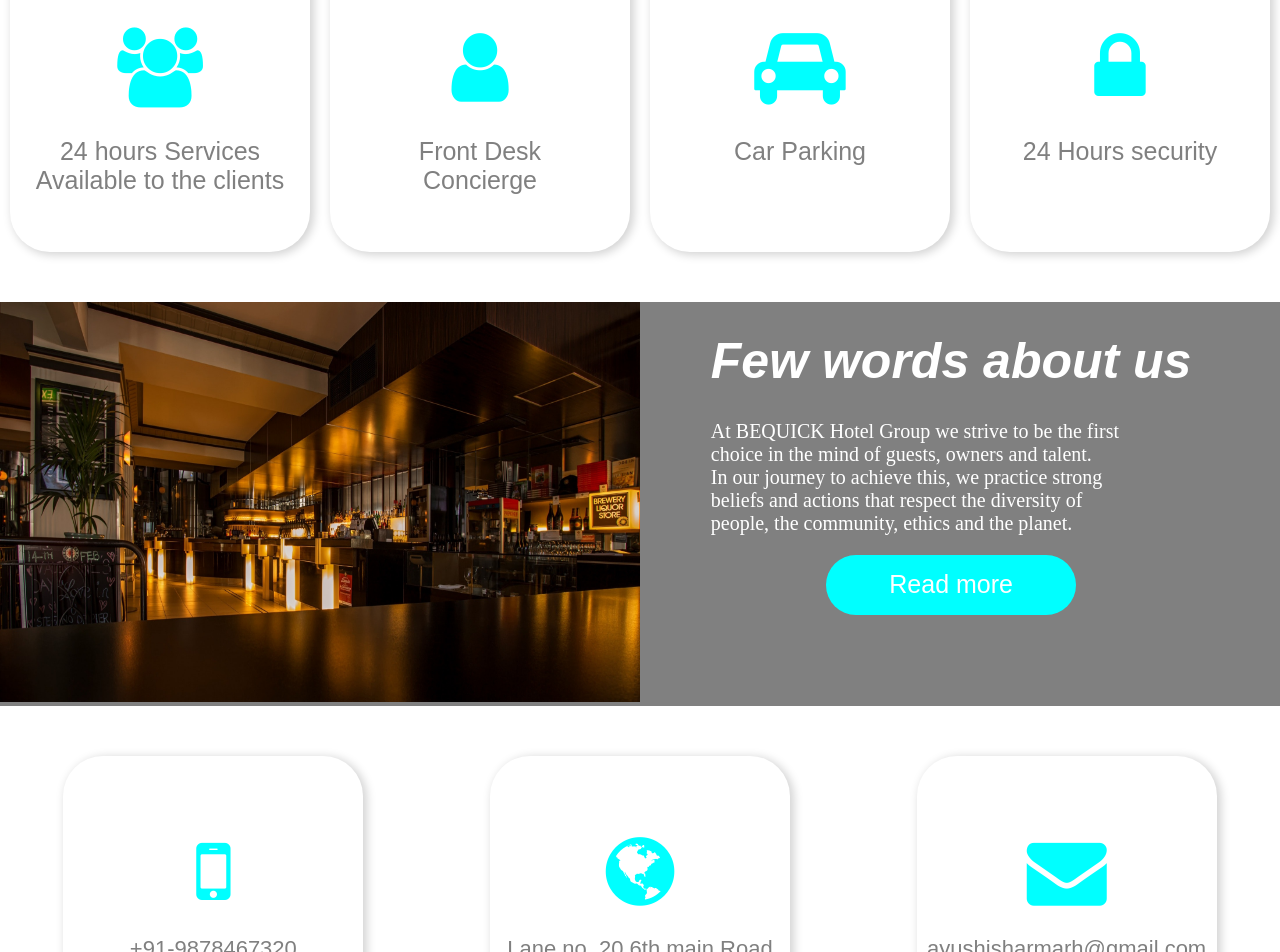
Repository: Ayushi6Sharma/BEQUICK_Hotel_Booking_Web
Page: index.html
The author's editor kept a copy of each file at every save. The page is drawn from the files as they stood at one save, then again after the next save.
The browser window is 1280 px wide. The pictures show the part of the page from y = 832 to 1784 px (the page is 2259 px tall).

Above is the page before, as saved 2022-05-12 00:11:44.

### index.html
<!DOCTYPE html>
<html lang="en">
<head>
    <meta charset="UTF-8">
    <meta http-equiv="X-UA-Compatible" content="IE=edge">
    <meta name="viewport" content="width=device-width, initial-scale=1.0">
    <link rel="stylesheet" href="./style/style.css">
    <link rel="stylesheet" href="./style/mediaqueries.css">
    <!-- <link rel="stylesheet" href="https://cdn.jsdelivr.net/npm/@fortawesome/fontawesome-free@5.15.4/css/fontawesome.min.css" integrity="sha384-jLKHWM3JRmfMU0A5x5AkjWkw/EYfGUAGagvnfryNV3F9VqM98XiIH7VBGVoxVSc7" crossorigin="anonymous"> -->
    <!-- <link href="https://cdnjs.cloudflare.com/ajax/libs/font-awesome/5.13.0/css/all.min.css" rel="stylesheet"> -->
    <link rel="stylesheet" href="https://stackpath.bootstrapcdn.com/font-awesome/4.7.0/css/font-awesome.min.css" integrity="sha384-wvfXpqpZZVQGK6TAh5PVlGOfQNHSoD2xbE+QkPxCAFlNEevoEH3Sl0sibVcOQVnN" crossorigin="anonymous">

</head>
    <title>Bequick Hotel</title>
</head>
<body>
    <main>
        <nav class="nav">
            <ul class="nav-list">
                <span class="logo">BEQUICK</span>
                <li><a href="index.html">Home</a></li>
                <li><a href="./html/aboutus.html">About us</a></li>
                <li><a href="./html/contactus.html">Contact us</a></li>
                <li><a href="./html/booking.html">Bookings</a></li>
            </ul>
        </nav>

        <!-- section 1 -->

        <section class="hotel-main-image">
            <div class="hotel-main-image-content">
                Book now from anywhere
                <br> Anytime
            </div>
            <div class="bookings-btn">Bookings</div>
        </section>
        <!-- section 2  -->
        <section>
            <div class="section2-facilities">
               <div class="main-facilities">Facilities</div>
                <div class="main-facilities-lower">We are providiong you </div>
            </div>
            <div class="flex1-container1">
                <div class="flex1-item1">
                    <div class="facilities">
                        <i class="fa fa-users fa-5x"></i>
                        <div class="facilities-content">
                            24 hours Services Available to the clients
                        </div>
                    </div>
                </div>
                <div class="flex1-item2">
                    <div class="facilities">
                        <i class="fa fa-user fa-5x"></i>
                        <div class="facilities-content">
                            Front Desk
                            <br/>Concierge
                        </div>
                    </div>
                </div>
                <div class="flex1-item3">
                    <div class="facilities">
                        <i class="fa fa-car fa-5x"></i>
                        <div class="facilities-content">
                            Car Parking
                        </div>
                    </div>
                </div>
                <div class="flex1-item4">
                    <div class="facilities">
                        <i class="fa fa-lock fa-5x"></i>
                        <div class="facilities-content">
                            24 Hours security
                        </div>
                    </div>
                </div>
            </div>
        </section>
        <!-- section 3 -->
        <section>
            <div class="about">
                <div>
                    <img src="./images/hotel-img-3.jpg" class="about-image">
                </div>
                <div class="about-content">
                    <div class="about-content-1">
                        Few words about us
                    </div>
                    <div class="about-content-2">
                        At BEQUICK Hotel Group we strive to be the first
                        <br>choice in the mind of guests, owners and talent.
                        <br>In our journey to achieve this, we practice strong
                        <br>beliefs and actions that respect the diversity of
                        <br>people, the community, ethics and the planet.
                    </div>
                    <div class="about-btn">
                        Read more
                    </div>
                </div>
            </div>
        </section>
        <!-- section 4 -->
        <section>
            <div class="flex2-container2">
                <div class="flex2-item1">
                    <div class="location">
                        <i class="fa fa-mobile fa-5x"></i>
                        <div class="location-content">
                            +91-9878467320
                        </div>
                    </div>
                </div>
                <div class="flex2-item2">
                <div class="location">
                        <i class="fa fa-globe fa-5x"></i>
                        <div class="location-content">
                            Lane no. 20,6th main Road
                            <br/>Stage 1
                        </div>
                    </div>
                </div>
                <div class="flex2-item3">
                <div class="location">
                        <i class="fa fa-envelope fa-5x"></i>
                        <div class="location-content">
                            ayushisharmarh@gmail.com
                        </div>
                    </div>
                </div>
            </div>
        </section>

        <!-- footer -->
        <footer>
            <div class="footer">
                <div class="logo" id="footer-logo">BEQUICK</div>
                <div class="footer-flex">
                    <!-- <div class="logo" id="footer-logo">BEQUICK</div> -->
                    <div class="footer-list">
                        <ul class="footer-list-1">
                            <div class="footer-list-heading">Explore</div>
                            <li><a href="index.html">Home</a></li>
                            <li><a href="./html/aboutus.html">About us</a></li>
                            <li><a href="./html/contactus.html">Contact us</a></li>
                            <li><a href="./html/booking.html">Bookings</a></li>
                        </ul>
                    </div>
                    <!-- <div class="footer-list">
                        <ul class="footer-list-2">
                            <div class="footer-list-heading">Legal</div>
                            <li>Terms</li>
                            <li>Privacy</li>
                        </ul>
                    </div> -->
                    <div class="footer-list">
                        <ul class="footer-list-3">
                            <div class="footer-list-heading">Follow</div>
                            <li>
                                <a href="#"><i class="fa fa-instagram fa-2x"></i></a>
                            </li>
                            <li>
                                <a href="#"><i class="fa fa-linkedin fa-2x"></i></a>
                            </li>
                            <li>
                                <a href="#"><i class="fa fa-twitter fa-2x"></i></a>
                            </li>
                            <li>
                                <a href="#"><i class="fa fa-github fa-2x"></i></a>
                            </li>
                        </ul>
                    </div>
                </div>
                <!-- copyright -->
                <div class="copyright">
                    Copyright &copy; 2022. All Rights Reserved - BEQUICK
                </div>
            </div>
        </footer>
    </main>
</body>
</html>

### style/style.css
*
{
    padding: 0px;
    margin: 0px;
    box-sizing: border-box;
}
/* nav */
.nav
{
    background-color: black;
}
.nav-list
{
    list-style-type:none;
    width: 100%;
    text-align: end;
}
.nav-list > li
{
    display: inline-block;
    padding: 25px;
    font-size: 18px;
}
.nav-list li a
{
    text-decoration: none;
    color:white;
}
.nav-list li a:hover
{
    color: aquamarine;
}
.logo
{
    padding: 20px;
    color:aqua;
    float: left;
    font:bolder 25px sans-serif;
}
/* section 1 */
/* main image */
.hotel-img-2
{
    width: 100%;
    height:500px;
}
.hotel-main-image
{
    background-image:url('../images/hotel-img-5.jpg');
    height:500px;
    width:100%;
    background-size:cover;
    text-align: center;
}
.hotel-main-image-content
{
    padding-top:10%;
    font:bold 45px sans-serif;
    color:white;
    padding-bottom: 2%;
    line-height: 70px;
}
.bookings-btn
{
    width:250px;
    height: 60px;
    background-image:linear-gradient(to right,black,aqua);
    color:white;
    border-radius: 40px;
    text-align: center;
    padding-top: 15px;
    font:25px sans-serif;
    margin:auto;
    cursor:pointer;
}

/* section 2 */
.flex1-container1
{
    display: flex;
    flex-direction: row;
    flex-wrap: wrap;
    margin-top: 40px;
    justify-content: space-around;
    align-content:space-around;
}
.flex1-container1 > div
{
    margin-top:20px;
}
/* Facilities */
.section2-facilities
{
    text-align: center;
    margin-top:50px;
}
.main-facilities
{
    font:bold 60px sans-serif;
}
.main-facilities-lower
{
    font-size: 30px;
    font-style: italic;
    color:grey;
}
.facilities
{
    width:300px;
    height:300px;
    text-align:center;
    border-radius: 40px;
    box-shadow: 3px 2px 10px 1px lightgrey;
}
.facilities i{
    margin-top: 25%;
    color:aqua;
}
.facilities-content
{   margin-top: 30px;
    font: 25px sans-serif;
    color:grey;
}
/* section 3 */
.about{
    margin-top: 50px;
    display: flex;
    flex-wrap: wrap;
    background-color:grey;
}
.about-image
{
    width:90%;
    height:400px;
}
.about-content-1
{
    font:bold 50px sans-serif;
    color: white;
    font-style: italic;
    margin-top: 30px;
}
.about-content-2
{
    color:white;
    word-wrap: break-word;
    font-size: 20px;
    padding-top: 30px;
    margin-bottom: 20px;
}
.about-btn
{   font:25px sans-serif;
    width:250px;
    height: 60px;
    background-color: aqua;
    color:white;
    border-radius: 40px;
    text-align: center;
    padding-top: 15px;
    border: none;
    margin: auto;
}

/* section 4 */

.flex2-container2
{
    display: flex;
    justify-content: space-around;
    margin-top: 50px;
    text-align: center;
    align-content:space-around;
    flex-wrap: wrap;
}
.location
{
    width:300px;
    height:300px;
    text-align:center;
    border-radius: 40px;
    box-shadow: 3px 2px 10px 1px lightgrey;
}
.location i
{
    color:aqua;
    padding-top: 25%;
}
.location-content
{
    font:22px sans-serif;
    padding-top: 25px;
    color:grey;
}

/* footer */
.footer{
    background-color: black;
}
.footer-flex
{
    display: flex;
    justify-content: space-around;
    margin-top: 50px;
}
.footer-list-heading
{
    font:bold 20px sans-serif;
    color:aqua;
    margin-top:30px;
}
.footer-list  ul li a
{
    list-style-type: none;
    color:white;
    font-size: 20px;
    text-decoration: none;
}
.footer-list-1 >li
{
    padding-top:20px;
}
.footer-list-2 >li
{
    padding-top:20px;
}
.footer-list-3 i
{
    padding-top: 15px;
    color: white;
}
/* copyright */
.copyright
{
    text-align: center;
    color:white;
    font:italic bold sans-serif;
    padding-bottom: 30px;
}
/* media queries */

### style/mediaqueries.css
@media screen and (max-width:480px){
    .nav-list >li
    {
        width:100%;
        text-align: center;
    }
    .hotel-main-image
    {
        height: 400px;
    }
    .hotel-main-image-content
    {
        font-size:30px;
        line-height: 60px;
    }
    .bookings-btn
    {
        margin-top: 10%;
    }
    .main-facilities
    {
        font-size: 40px;
    }
    .main-facilities-lower
    {
        font-size: 25px;
    }
    .facilities-content
    {
        font-size: 20px;
    }
    .about-image
    {
        width:100%;
    }
    .about-content-1
    {
        font-size: 40px;
        padding-left: 20px;
    }
    .about-content-2
    {
        font-size: 18px;
        text-align: center;
        padding-left: 20px;
    }
    .about-btn
    {
        margin-bottom: 20px;
    }
    .flex2-container2 > div
    {
        margin-top: 20px;
    }
    .location-content
    {
        font-size: 20px;
    }
    .footer-list  ul li a
    {
        font-size: 18px;
    }
}
@media screen and (min-width:480px) and (max-width:768px){
    .nav-list >li
    {
        width:100%;
        text-align: center;
    }

    .hotel-main-image-content
    {
        font-size:40px;
        line-height: 60px;
        padding-top: 20%;
    }
    .bookings-btn
    {
        margin-top: 5%;
    }
    .main-facilities
    {
        font-size: 40px;
    }
    .main-facilities-lower
    {
        font-size: 25px;
    }
    .facilities-content
    {
        font-size: 20px;
    }
    .about-image
    {
        width:100%;
    }
    .about-content-1
    {
        font-size: 40px;
        margin: auto;
    }
    .about-content-2
    {
        font-size: 18px;
        text-align: center;
        padding-left: 20px;
    }
    .about-btn
    {
        margin-bottom: 20px;
    }
    .flex2-container2 > div
    {
        margin-top: 20px;
    }
    .location-content
    {
        font-size: 20px;
    }
    .footer-list  ul li a
    {
        font-size: 18px;
    }
}

After the next save:
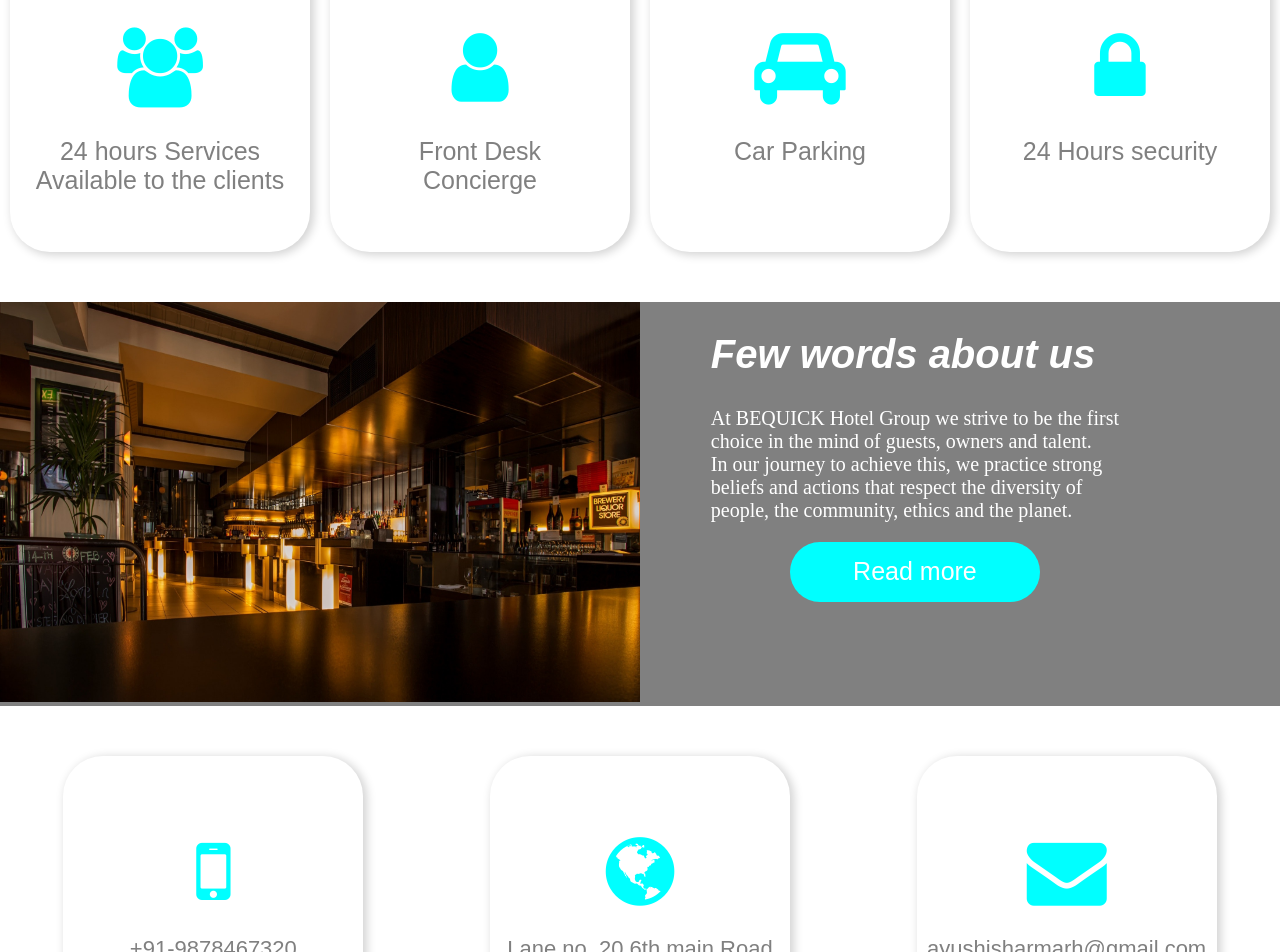
Saved 2 min 58 s later.
--- a/style/style.css
+++ b/style/style.css
@@ -135,7 +135,7 @@
 }
 .about-content-1
 {
-    font:bold 50px sans-serif;
+    font:bold 40px sans-serif;
     color: white;
     font-style: italic;
     margin-top: 30px;
